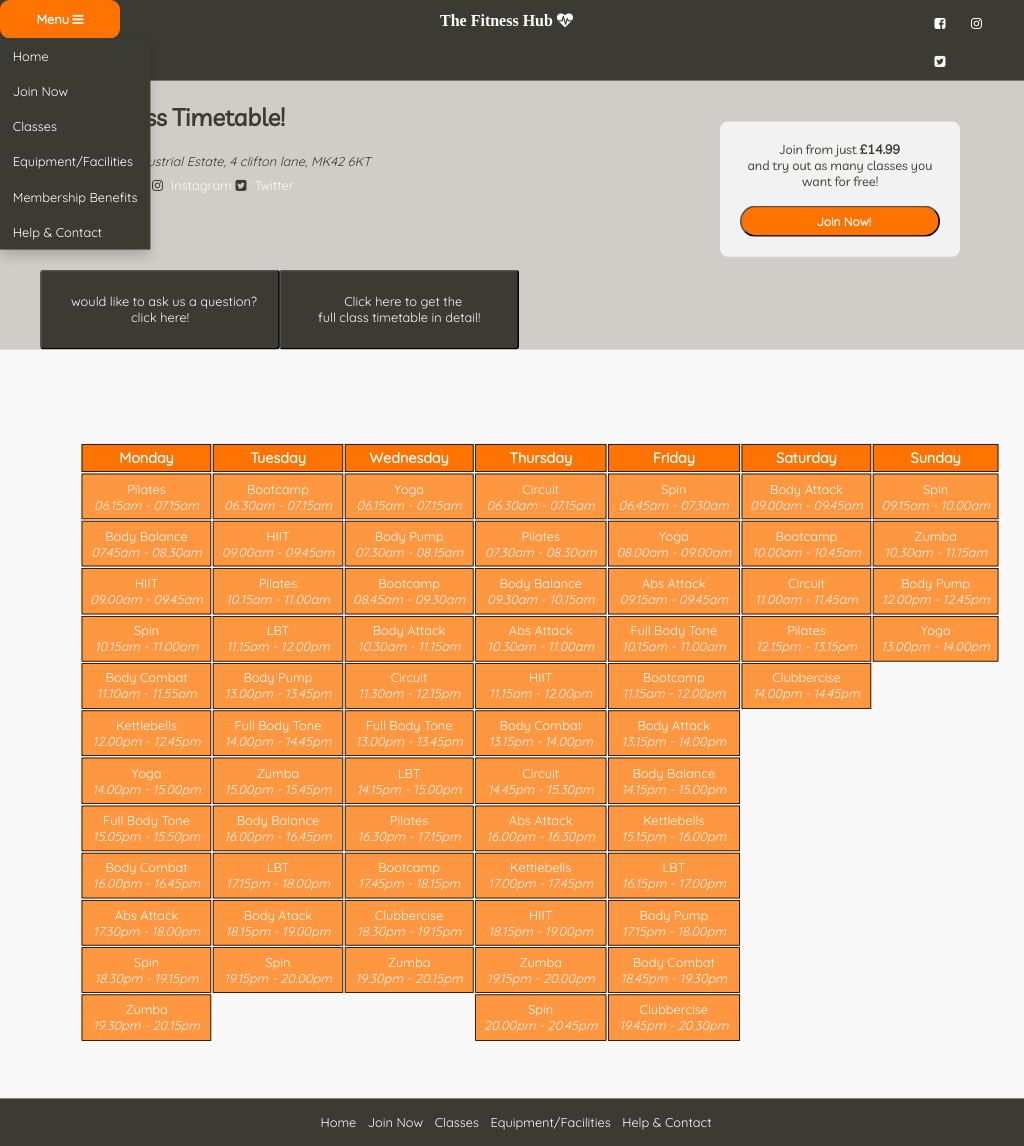
Repository: RicardoAzuul/the_fitness_hub
Page: classes.html
The author's editor kept a record of every edit. The page is drawn from the files as they stood at one moment, then again after the next edit.
The browser window is 1280 px wide. The pictures show the whole page, at 80% of full size.
Some web fonts or font styles are not loaded; a fallback is used.

Above is the page before.

After the next edit:
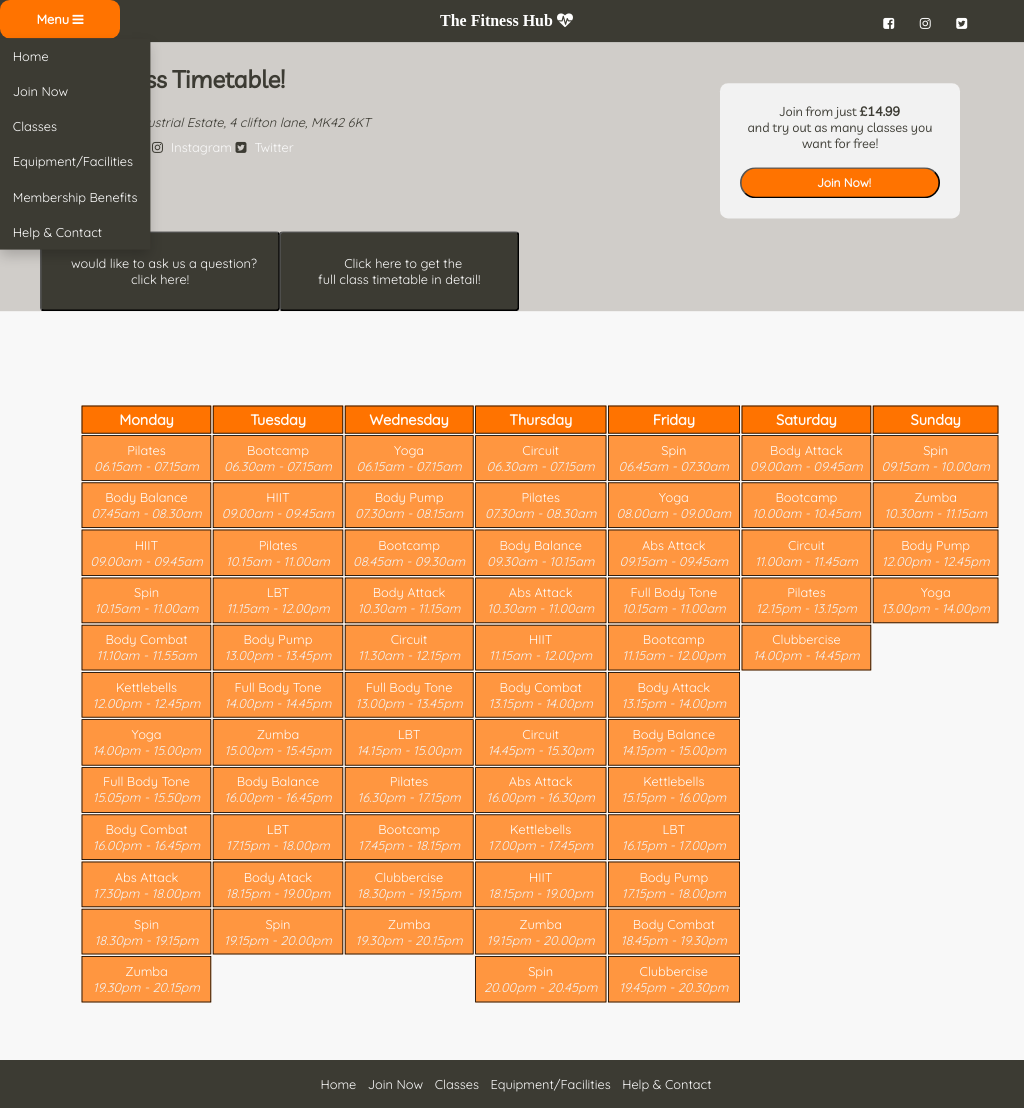
The edit:
--- a/css/style.css
+++ b/css/style.css
@@ -87,7 +87,7 @@
 .front-social {
   font-size: 30px;
   color: white;
-  padding-left: 90%;
+  padding-left: 85%;
   margin-top: 5px;
 }
 
